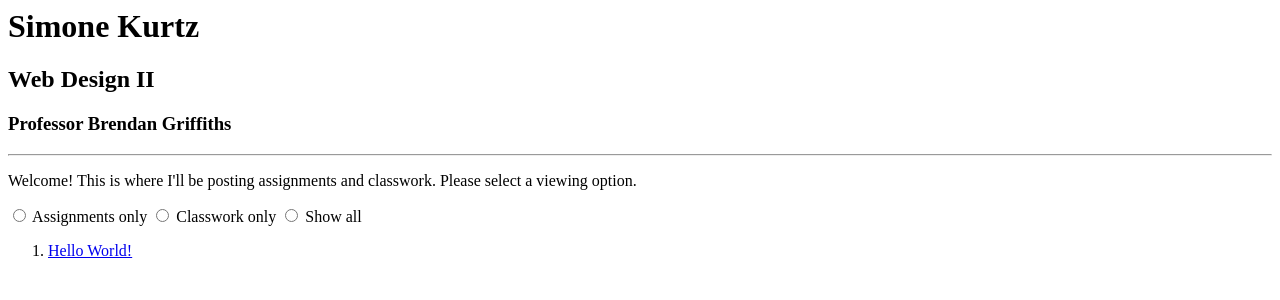
Repository: simonekurtz/simonekurtz.github.io
Page: index.html
The author's editor kept a record of every edit. The page is drawn from the files as they stood at one moment, then again after the next edit.
The browser window is 1280 px wide. The pictures show the whole page.

Above is the page before.

### index.html
<html>
    <head>
       <title>Simone Kurtz's Homepage</title>
    </head>
    <body>
        <h1>Simone Kurtz</h1>
        <h2>Web Design II</h2>
        <h3>Professor Brendan Griffiths</h3>
        <hr>
        <p>Welcome! This is where I'll be posting assignments and classwork. Please select a viewing option.</p>
        <input type="radio" name="Assignments"> Assignments only
        <input type="radio" name="Class"> Classwork only
        <input type="radio" name="All"> Show all
        <br>
        <ol>
            <li><a href="1ASGN_HelloWorld/HelloWorld.html">Hello World!</a></li>
        </ol>
    </body>
</html>

After the next edit:
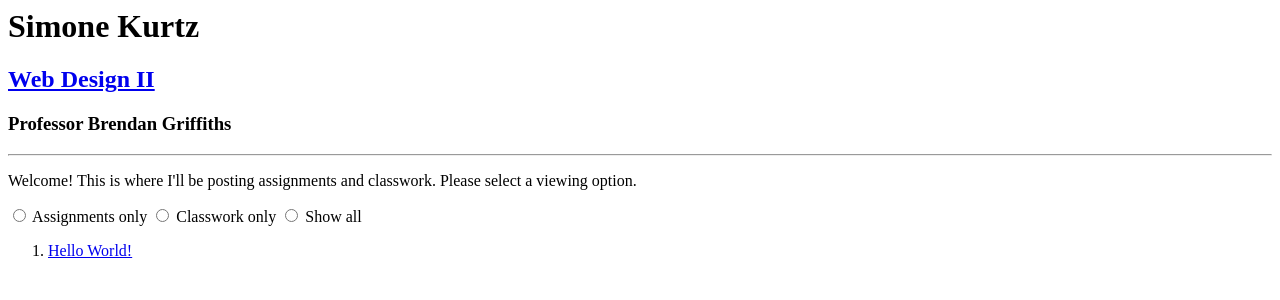
The edit:
--- a/index.html
+++ b/index.html
@@ -4,7 +4,7 @@
     </head>
     <body>
         <h1>Simone Kurtz</h1>
-        <h2>Web Design II</h2>
+        <h2><a href="http://web2.ga">Web Design II</a></h2>
         <h3>Professor Brendan Griffiths</h3>
         <hr>
         <p>Welcome! This is where I'll be posting assignments and classwork. Please select a viewing option.</p>
